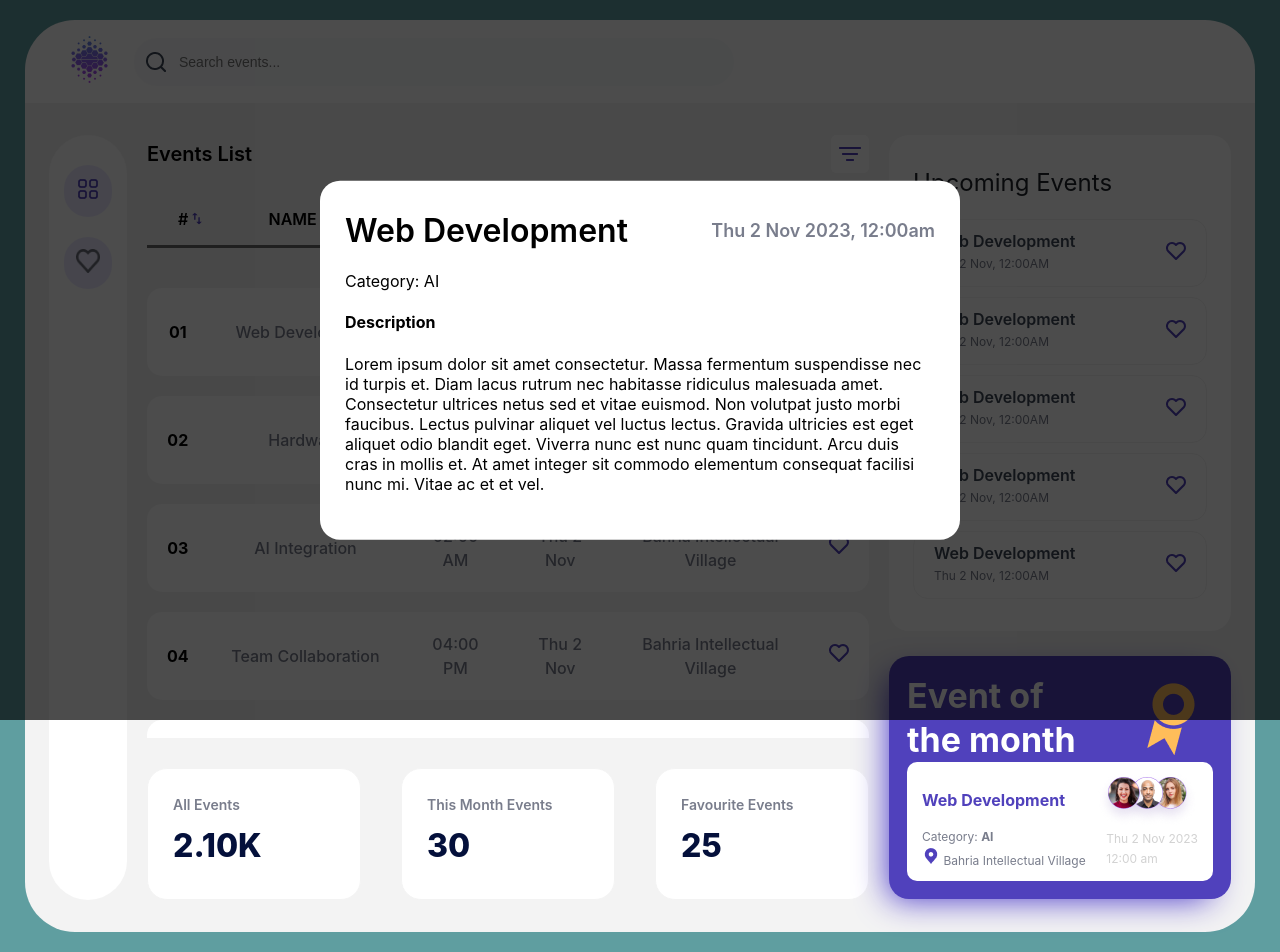
Repository: ahmadunitedsol710/react-dashboard
Page: /, after clicking the first element matching `tr.body_row`
The author's editor kept a copy of each file at every save. The page is drawn from the files as they stood at one save, then again after a run of saves.
The browser window is 1280 px wide. The pictures show the whole page.
An inner scrolling area shows only its first screen. The project was rebuilt for these pictures with package versions that can differ from the ones it lists, and the page was loaded fresh each time.

Above is the page before, as saved 2024-08-02 10:06:05.

After the next 2 saves:
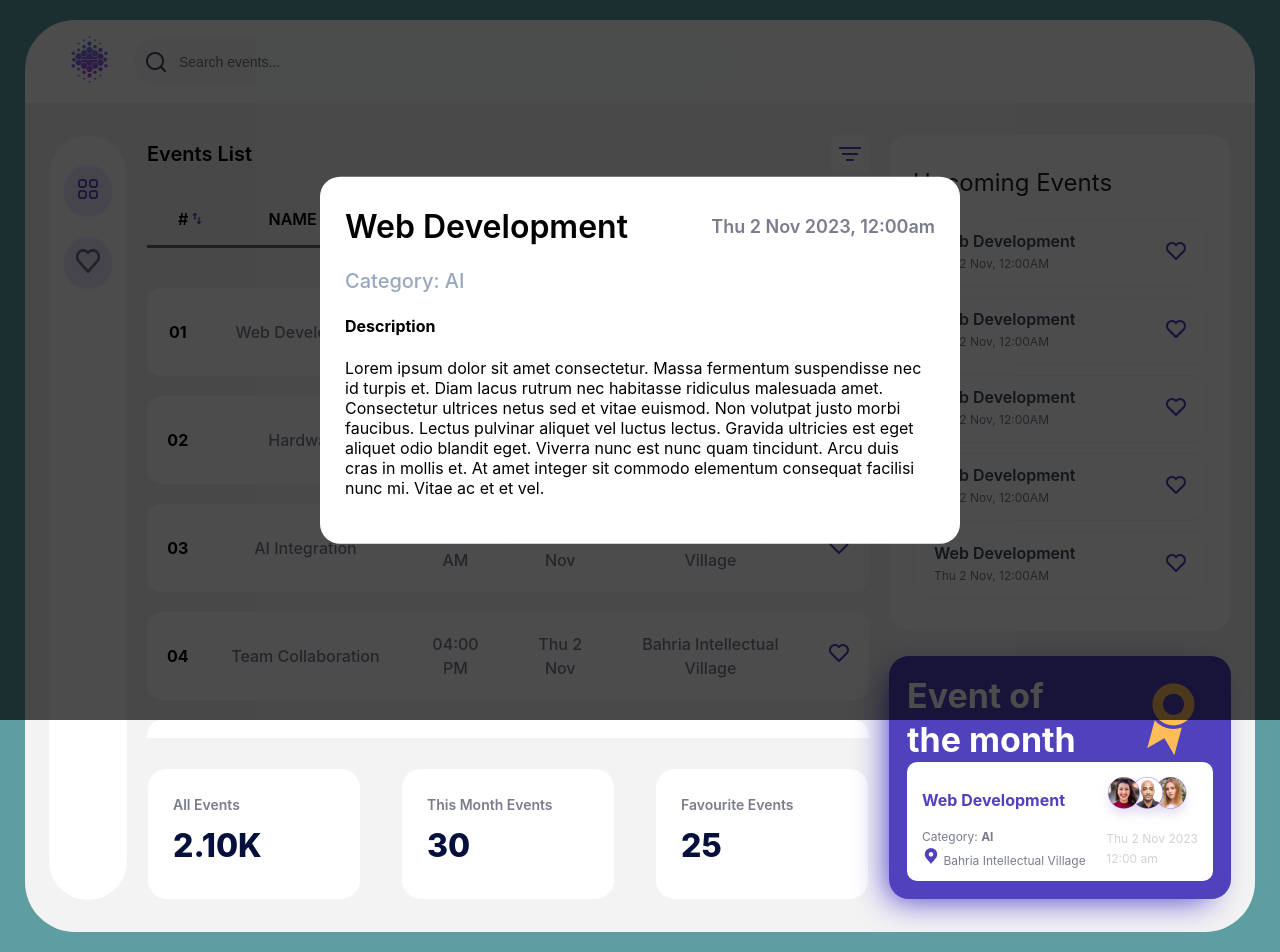
The 2 saves are shown as one change because they came seconds apart.
The last was saved 72 s later.
--- a/src/App.css
+++ b/src/App.css
@@ -207,3 +207,10 @@ th { text-align: center; font-size: 16px; font-weight: 600; line-height: 22px; p
   color: #797D8C;
   line-height: 26px;
 }
+
+.category {
+  font-size: 20px;
+  font-weight: 500;
+  line-height: 28px;
+  color: #9aa8bd;
+}
